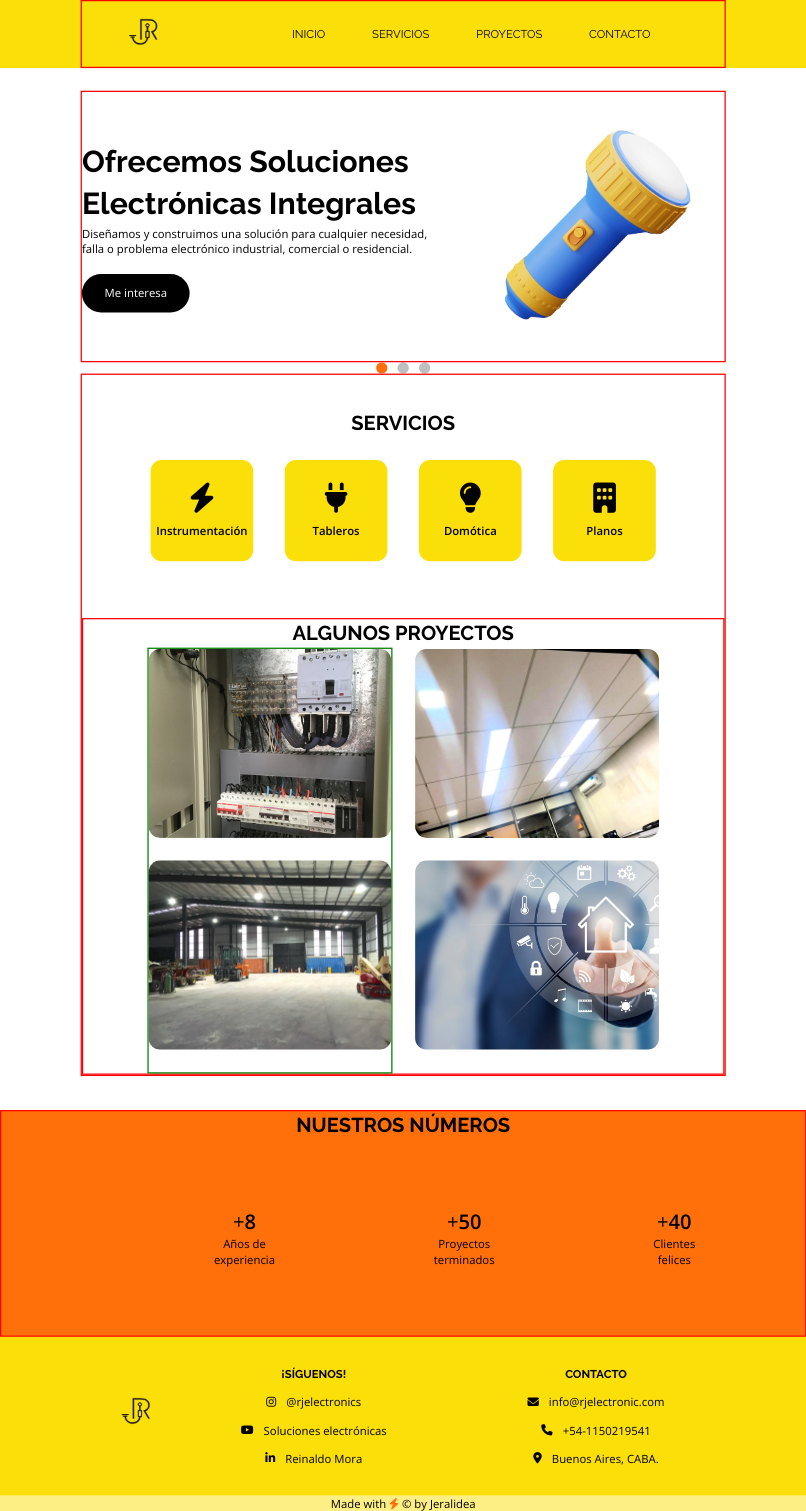
Repository: jeraldinnemg/rjelectronics
Page: index.html
The author's editor kept a copy of each file at every save. The page is drawn from the files as they stood at one save, then again after the next save.
The browser window is 1280 px wide. The pictures show the whole page, at 63% of full size.
Some web libraries are served in a nearby version.

Above is the page before, as saved 2022-08-04 18:33:16.

After the next save:
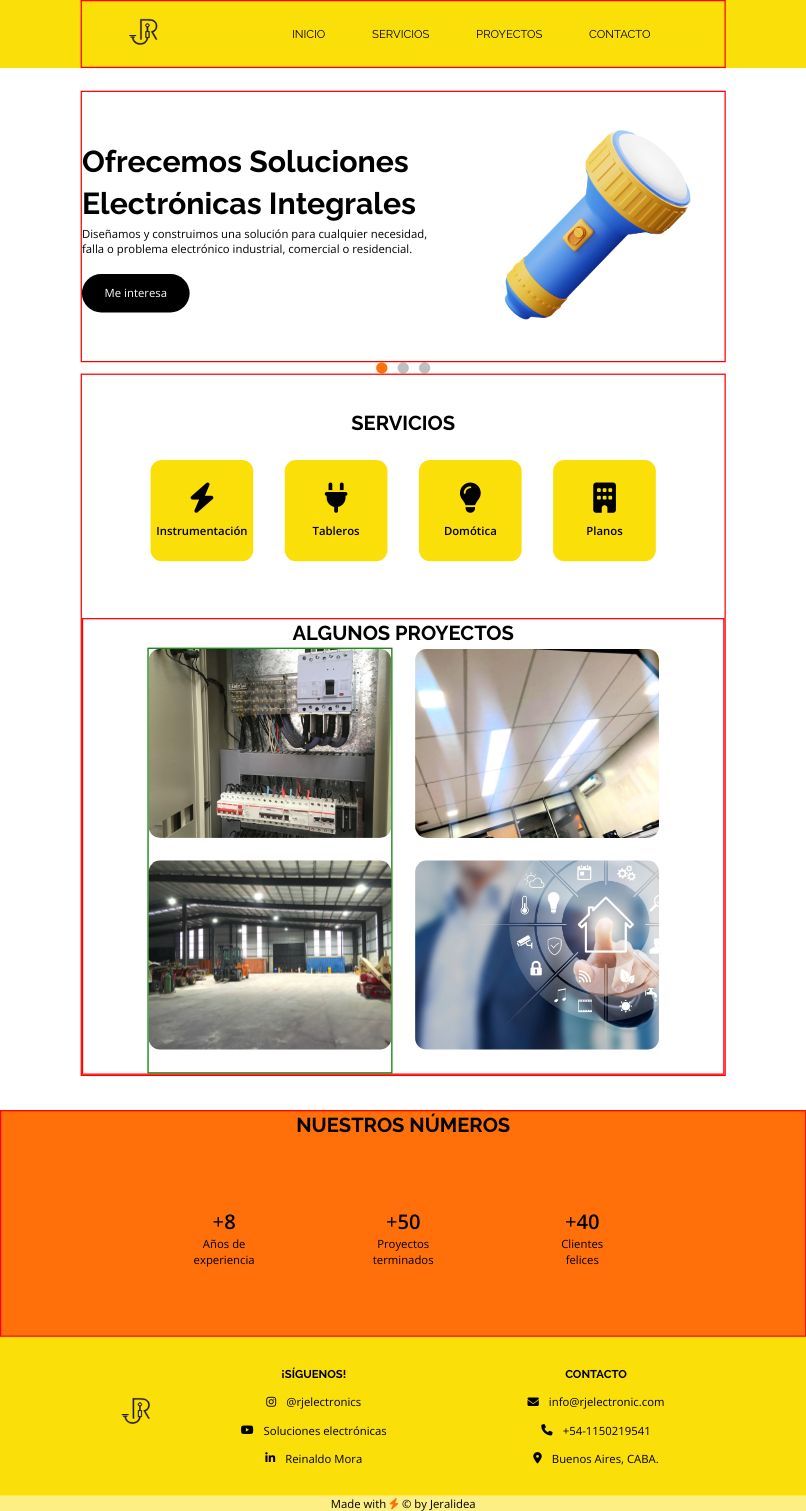
Saved 76 s later.
--- a/index.css
+++ b/index.css
@@ -474,7 +474,7 @@ i:hover{
 
 .static{
     padding: 2em 4em;
-    margin: 4em 2em;
+    margin: 4em 0em;
 }
 
 .character {
